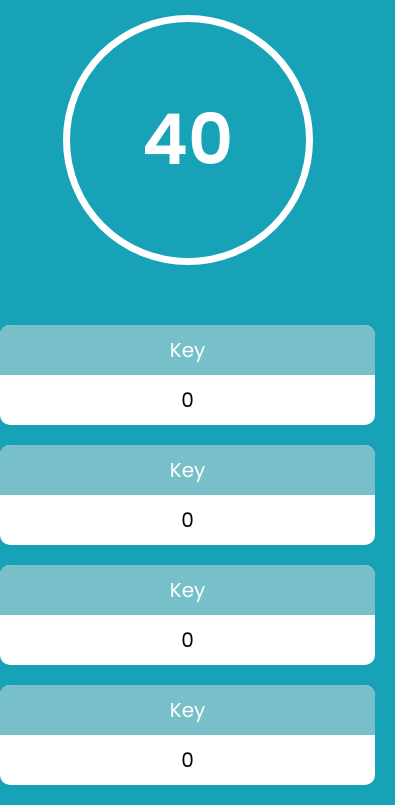
Repository: congnt98/Lean-javascript-in-project
Page: 30Days/6_Keydown/index.html
An editor plug-in stored every save of this project. The page is shown before and after the next save, followed by the edit.
The browser window is 375 px wide. The page is 395 px wide, then 375 px, so the pictures cover 395 px, including what lies to the right of the window. The pictures show the whole page.

Above is the page before, as saved 2024-02-22 10:34:18.

After the next save:
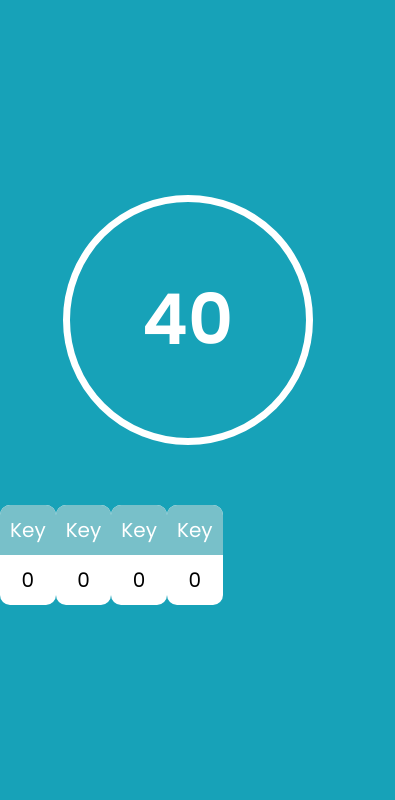
Saved 5 s later.
--- a/30Days/6_Keydown/style.css
+++ b/30Days/6_Keydown/style.css
@@ -105,7 +105,7 @@ body {
 
 @media (max-width:575px) {
     .box .detail {
-        --gap: 20px;
+        --gap: 0;
         --colums: 1;
         --row-gap: 20px
     }
